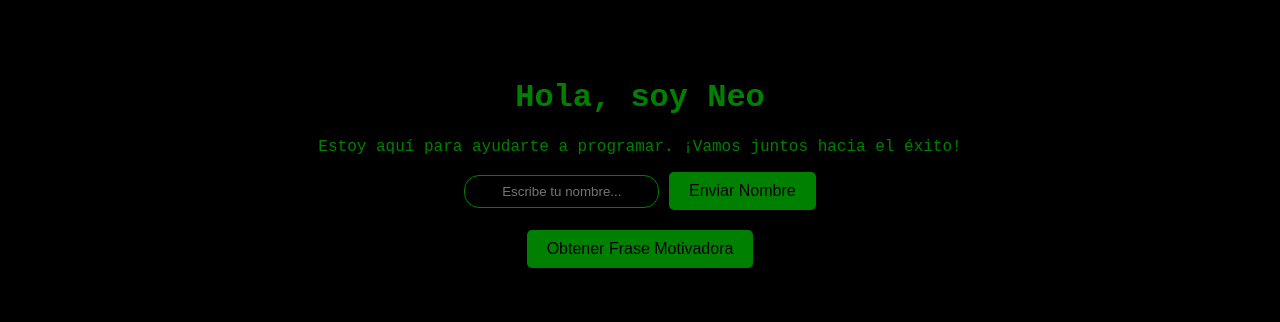
Repository: TapZc/getya_proyect
Page: Neo2.html
An editor plug-in stored every save of this project. The page is shown before and after the next save, followed by the edit.
The browser window is 1280 px wide. The pictures show the whole page.

Above is the page before, as saved 2025-02-18 23:24:43.

### Neo2.html
<!DOCTYPE html>
<html lang="es">
<head>
    <meta charset="UTF-8">
    <meta name="viewport" content="width=device-width, initial-scale=1.0">
    <title>Neo - Bienvenido, Carlos</title>
    <style>
        body {
            background-color: black;
            color: green;
            font-family: 'Courier New', monospace;
            text-align: center;
            padding-top: 50px;
        }
        button {
            background-color: green;
            color: black;
            border: none;
            padding: 10px 20px;
            font-size: 16px;
            cursor: pointer;
            border-radius: 5px;
        }
        button:hover {
            background-color: limegreen;
        }
        #fraseMotivadora, #mensajePersonalizado {
            margin-top: 20px;
            font-size: 18px;
        }
        input[type="text"] {
            padding: 8px;
            border-radius: 15px;
            border: 1px solid green;
            background-color: black;
            color: green;
            text-align: center;
        }
    </style>
</head>
<body>
    <h1>Hola, soy Neo</h1>
    <p>Estoy aquí para ayudarte a programar. ¡Vamos juntos hacia el éxito!</p>
    <input type="text" id="nombreUsuario" placeholder="Escribe tu nombre...">
    <button onclick="saludar()">Enviar Nombre</button>
    <p id="mensajePersonalizado"></p>

    <button onclick="mostrarFrase()">Obtener Frase Motivadora</button>
    <p id="fraseMotivadora"></p>

    <script>
        function saludar() {
            const nombre = document.getElementById('nombreUsuario').value;
            const mensaje = `¡Hola, ${nombre}! Estoy aquí para acompañarte en tu camino como programador.`;
            document.getElementById('mensajePersonalizado').textContent = mensaje;
        }

        function mostrarFrase() {
            const frases = [
                '"Si puedes imaginarlo, puedes programarlo." - Alejandro Taboada Sánchez (Programación ATS)',
                'Cada error es un paso más hacia el éxito.',
                'No te rindas, hoy puede ser el día que todo cambie.',
                'El mejor programador no es el que nunca falla, sino el que nunca se rinde.',
                'El código limpio es como poesía: elegante y fácil de entender.'
            ];

            const indice = Math.floor(Math.random() * frases.length);
            document.getElementById('fraseMotivadora').textContent = frases[indice];
        }
    </script>
</body>
</html>

After the next save:
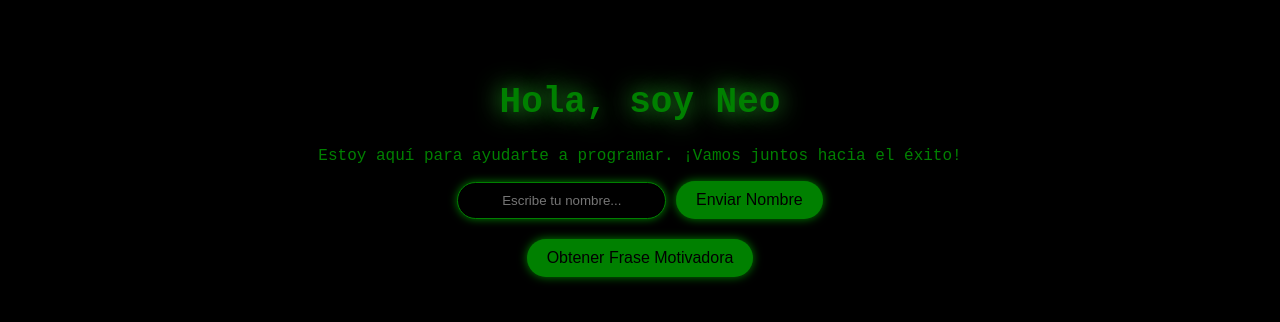
Saved 6 min 6 s later.
--- a/Neo2.html
+++ b/Neo2.html
@@ -11,6 +11,11 @@
             font-family: 'Courier New', monospace;
             text-align: center;
             padding-top: 50px;
+            animation: fadeIn 1.5s ease-in-out;
+        }
+        @keyframes fadeIn {
+            from { opacity: 0; }
+            to { opacity: 1; }
         }
         button {
             background-color: green;
@@ -19,22 +24,42 @@
             padding: 10px 20px;
             font-size: 16px;
             cursor: pointer;
-            border-radius: 5px;
+            border-radius: 30px;
+            transition: transform 0.3s ease, background-color 0.3s ease;
+            box-shadow: 0 0 10px green;
         }
         button:hover {
             background-color: limegreen;
+            transform: scale(1.1);
         }
         #fraseMotivadora, #mensajePersonalizado {
             margin-top: 20px;
-            font-size: 18px;
+            font-size: 20px;
+            font-weight: bold;
         }
         input[type="text"] {
-            padding: 8px;
-            border-radius: 15px;
+            padding: 10px 15px;
+            border-radius: 25px;
             border: 1px solid green;
             background-color: black;
             color: green;
             text-align: center;
+            outline: none;
+            transition: box-shadow 0.3s ease, transform 0.3s ease;
+            box-shadow: 0 0 8px green;
+        }
+        input[type="text"]:focus {
+            box-shadow: 0 0 15px limegreen;
+            transform: scale(1.05);
+        }
+        h1 {
+            font-size: 36px;
+            text-shadow: 0 0 15px green;
+            animation: glow 1.5s infinite alternate;
+        }
+        @keyframes glow {
+            from { text-shadow: 0 0 15px green; }
+            to { text-shadow: 0 0 25px limegreen; }
         }
     </style>
 </head>
